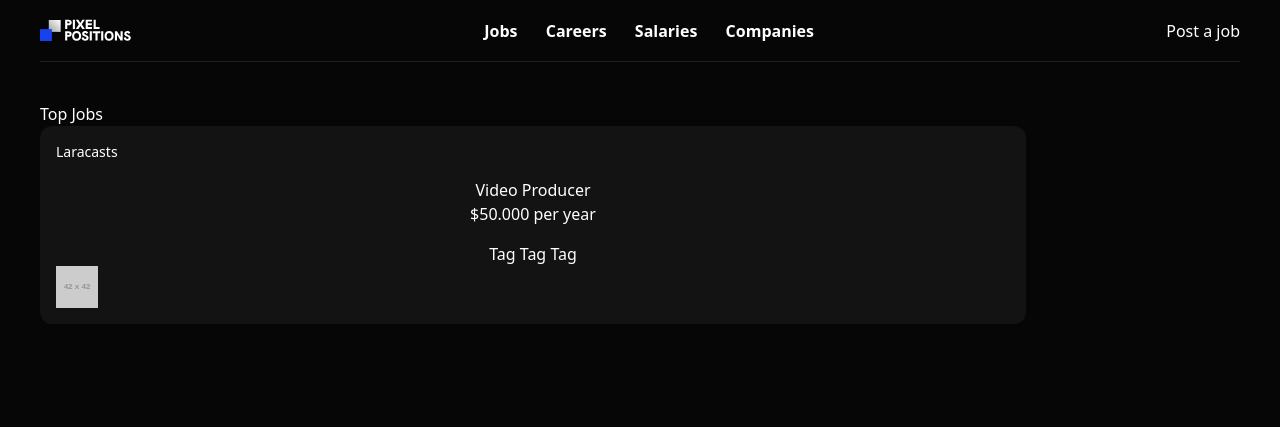
Repository: aggepap/pixel-positions-laravel
Page: http://localhost/
The author's editor kept a copy of each file at every save. The page is drawn from the files as they stood at one save, then again after the next save.
The browser window is 1280 px wide. The pictures show the whole page.
The page is served by the project's Laravel application, run on PHP 8.4 with Laravel 12. Style sheets and scripts are compiled from the project's sources, by tool versions that may differ from the author's.

Above is the page before, as saved 2025-02-21 20:36:17.

After the next save:
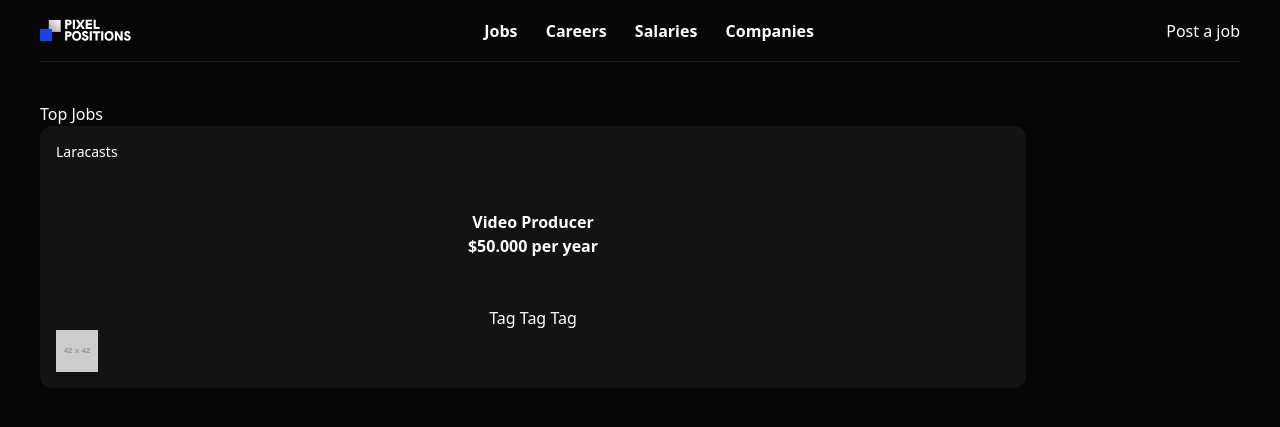
Saved 25 s later.
--- a/resources/views/welcome.blade.php
+++ b/resources/views/welcome.blade.php
@@ -4,7 +4,7 @@
         <div class=" p-4 bg-white/5 rounded-xl flex flex-col gap-4 text-center">
 
                 <div class="self-start text-sm">Laracasts</div>
-                <div><h3>Video Producer</h3>
+                <div class="py-8 font-bold"><h3>Video Producer</h3>
                 <p>$50.000 per year</p></div>
                 <div>
                     <div class="">
